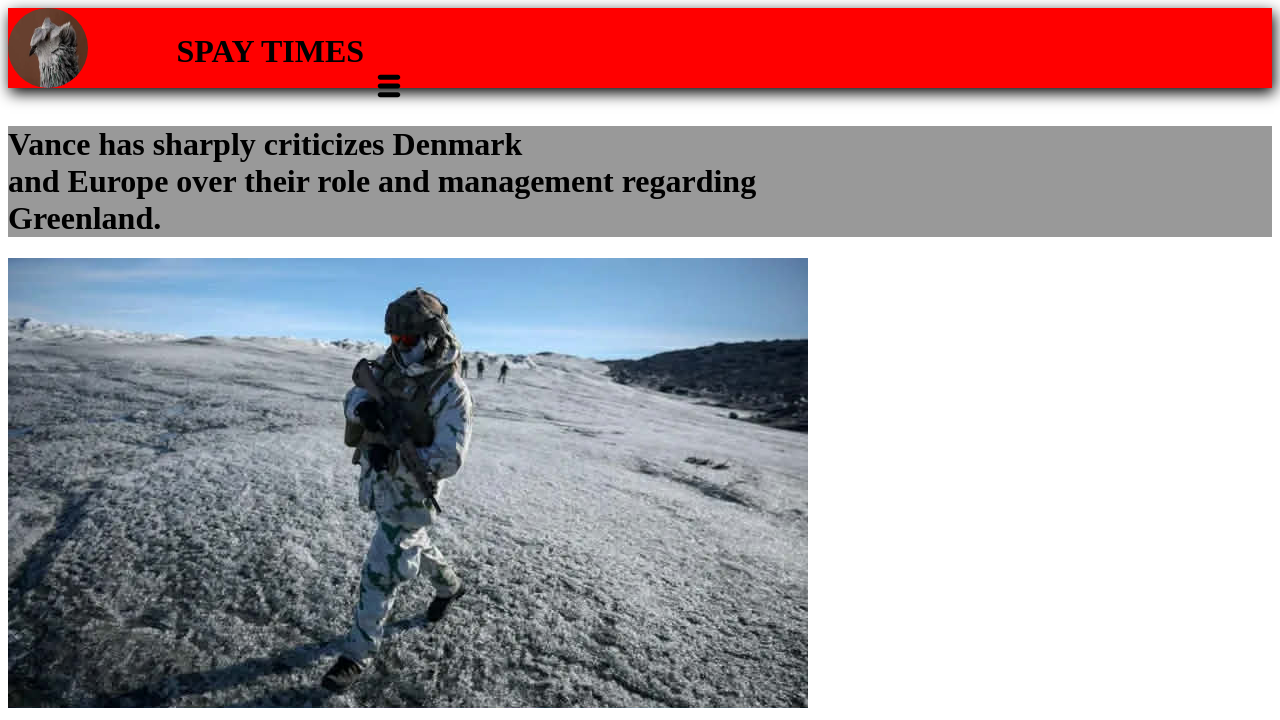
Repository: ridhukhan/spytimes
Page: /
These files come from the project's save history. The page is drawn as it stood at one moment and after the next save; the edit follows.
The browser window is 1280 px wide. The pictures show the whole page.
The project was rebuilt for these pictures with package versions that can differ from the ones it lists, and the page was loaded fresh each time. Also part of the build but not shown: vite.config.js.

Above is the page before, as saved 2026-01-09 21:52:45.

After the next save:
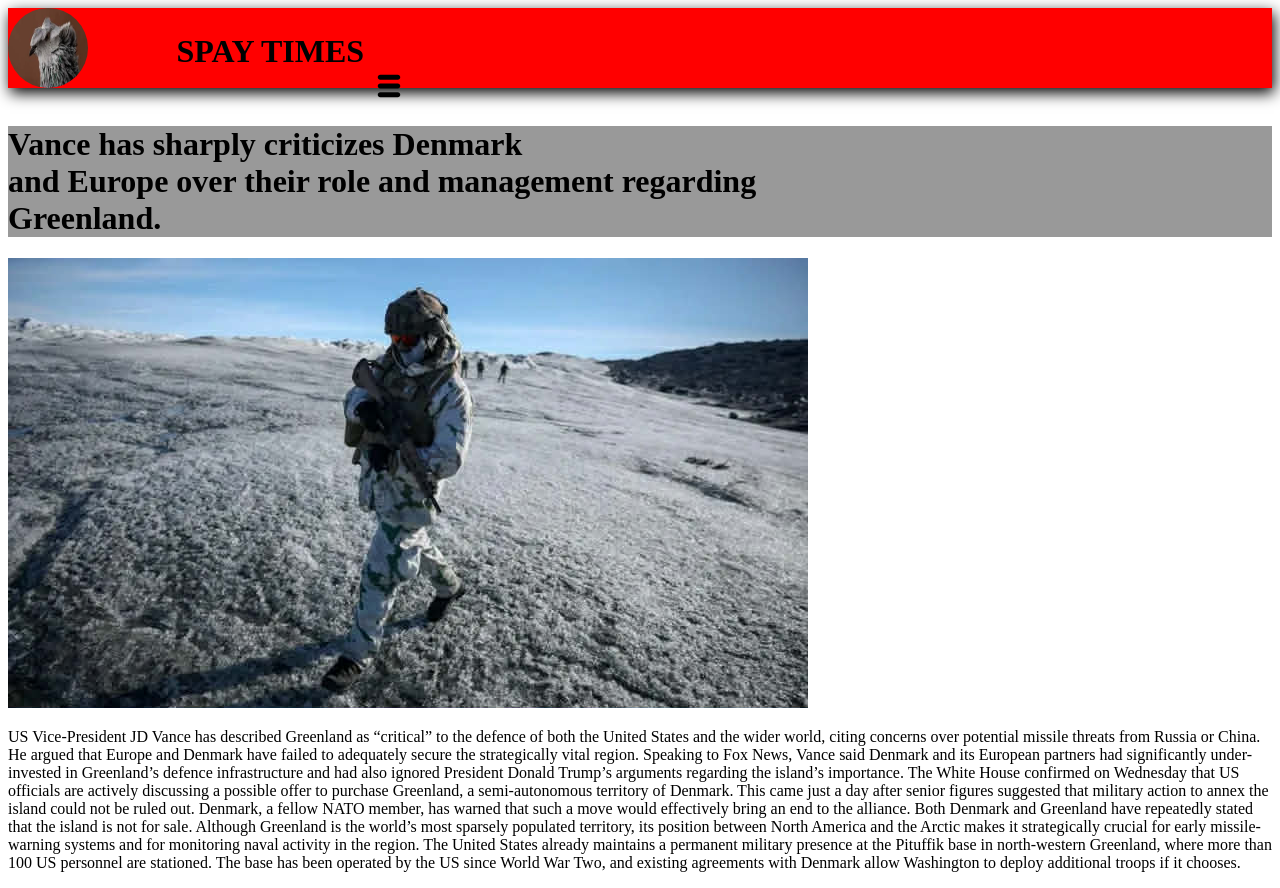
Saved 3 min 14 s later.
--- a/src/pages/home/Home.jsx
+++ b/src/pages/home/Home.jsx
@@ -8,7 +8,19 @@
         <h1 style={{backgroundColor:"#999"}}>Vance has sharply criticizes Denmark <br /> and Europe over their role and management regarding <br /> Greenland.</h1>
 
         <img src={home1} alt="home1" />
+       <p>
+        US Vice-President JD Vance has described Greenland as “critical” to the defence of both the United States and the wider world, citing concerns over potential missile threats from Russia or China. He argued that Europe and Denmark have failed to adequately secure the strategically vital region.
 
+Speaking to Fox News, Vance said Denmark and its European partners had significantly under-invested in Greenland’s defence infrastructure and had also ignored President Donald Trump’s arguments regarding the island’s importance.
+
+The White House confirmed on Wednesday that US officials are actively discussing a possible offer to purchase Greenland, a semi-autonomous territory of Denmark. This came just a day after senior figures suggested that military action to annex the island could not be ruled out.
+
+Denmark, a fellow NATO member, has warned that such a move would effectively bring an end to the alliance. Both Denmark and Greenland have repeatedly stated that the island is not for sale.
+
+Although Greenland is the world’s most sparsely populated territory, its position between North America and the Arctic makes it strategically crucial for early missile-warning systems and for monitoring naval activity in the region.
+
+The United States already maintains a permanent military presence at the Pituffik base in north-western Greenland, where more than 100 US personnel are stationed. The base has been operated by the US since World War Two, and existing agreements with Denmark allow Washington to deploy additional troops if it chooses.
+       </p>
 
     </div>
   )
